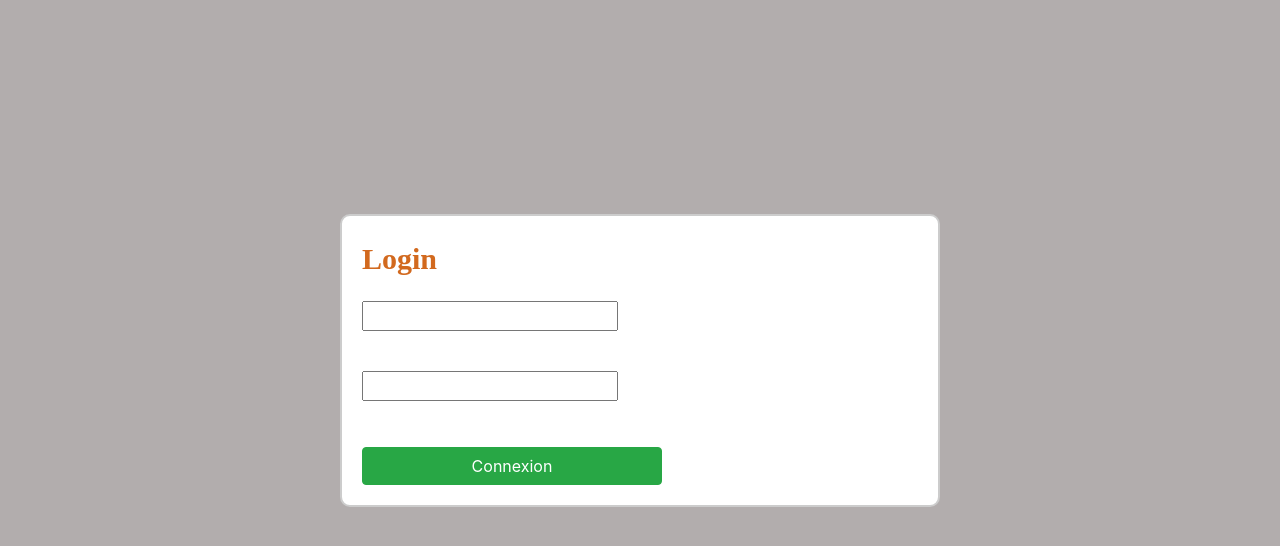
Repository: DiaryRz/FrontWeb
Page: /
These files come from the project's save history. The page is drawn as it stood at one moment and after the next save; the edit follows.
The browser window is 1280 px wide. The pictures show the whole page.
The project was rebuilt for these pictures with package versions that can differ from the ones it lists, and the page was loaded fresh each time. Also part of the build but not shown: src/component/css/Header.css, src/component/Header.jsx, src/page/css/AppAffichage.css, src/component/css/NavBar.css, src/component/NavBar.jsx, src/component/InsertModel.jsx, src/page/AppAffichage.jsx, src/component/InsertCarburant.jsx and 25 more.

Above is the page before, as saved 2024-01-28 20:58:48.

After the next save:
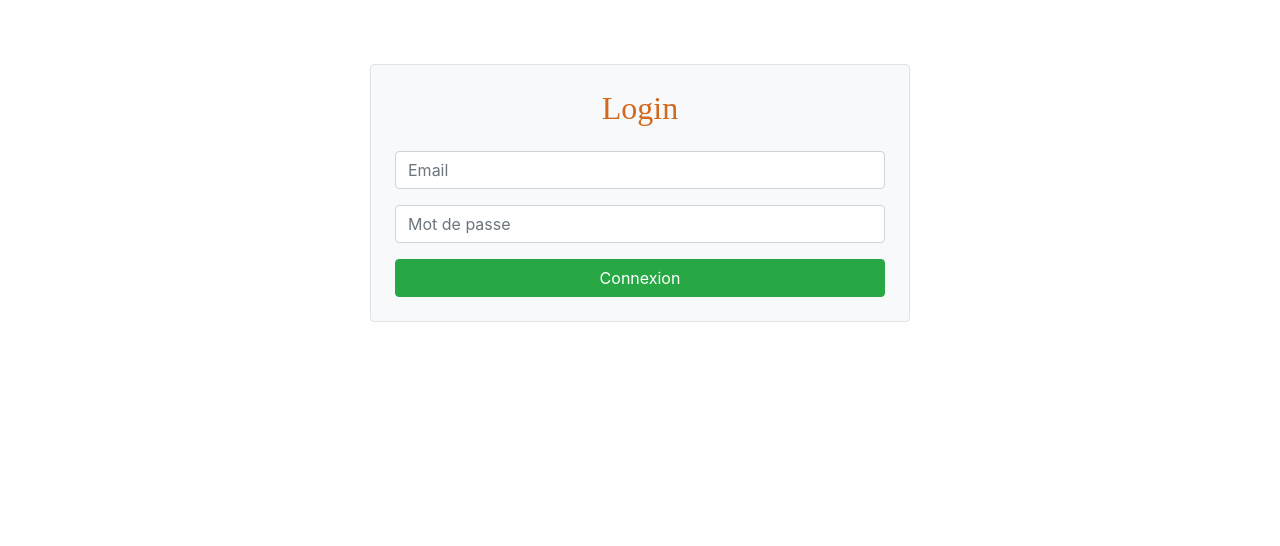
Saved 93 s later.
--- a/src/component/Login.js
+++ b/src/component/Login.js
@@ -55,22 +55,24 @@
 
     return (
         <form onSubmit={Inserer}>
-           <div style={loginContainer}>
-                    <form style={loginForm}>
-                        <div style={{ fontSize: '30px',fontFamily:'serif', marginBottom: '20px' ,color:'chocolate'}}><b>Login</b></div>
+        <div className="container">
+            <div className="row justify-content-center">
+                <div className="col-md-6">
+                    <form className="border rounded p-4" style={{ backgroundColor: '#f8f9fa' }}>
+                        <h2 className="text-center mb-4" style={{ color: 'chocolate', fontFamily: 'serif' }}>Login</h2>
                         <div className="mb-3">
-                        <input type="email" value={nomUtilisateur} onChange={(e) => setnomUtilisateur(e.target.value)} />
+                            <input type="email" className="form-control" placeholder="Email" value={nomUtilisateur} onChange={(e) => setnomUtilisateur(e.target.value)} />
                         </div>
-                        <div className="mb-3" style={{marginTop:'40px'}}>
-                        <input type="password" value={mdp} onChange={(e) => setmdp(e.target.value)} />
+                        <div className="mb-3">
+                            <input type="password" className="form-control" placeholder="Mot de passe" value={mdp} onChange={(e) => setmdp(e.target.value)} />
                         </div>
-                        <button type="submit" className="btn btn-success" style={{width:'300px',marginTop:'30px'}}>
-                            Connexion
-                        </button>
+                        <button type="submit" className="btn btn-success btn-block">Connexion</button>
                     </form>
+                </div>
+            </div>
+        </div>
+    </form>
 
-                </div>
-        </form>
     );
 };
 

After the save that followed:
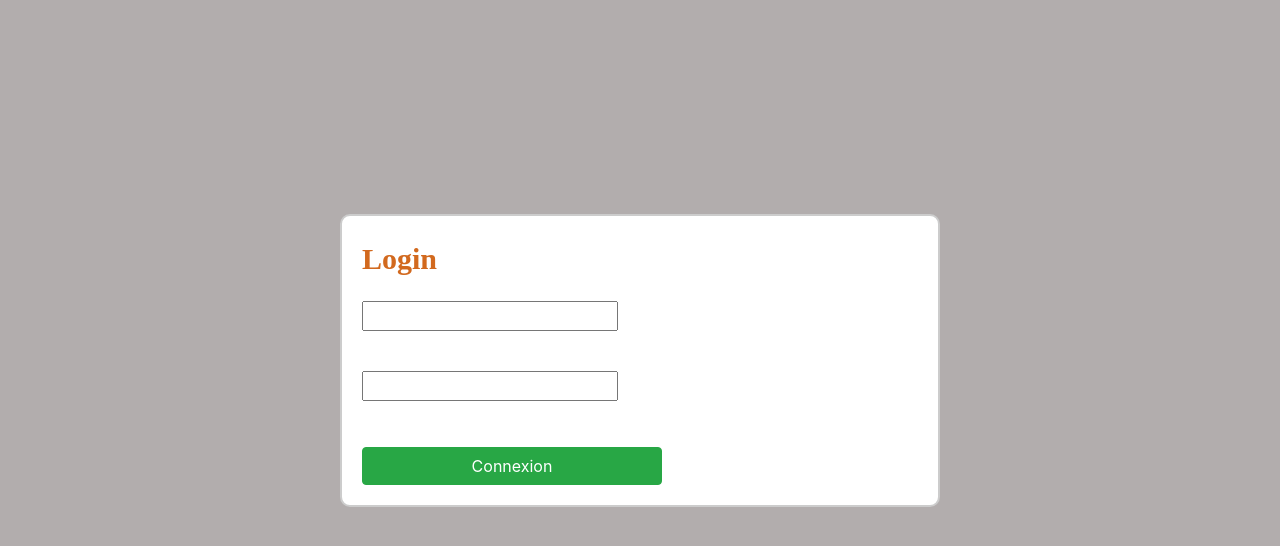
Saved 39 s later.
--- a/src/component/Login.js
+++ b/src/component/Login.js
@@ -55,24 +55,22 @@
 
     return (
         <form onSubmit={Inserer}>
-        <div className="container">
-            <div className="row justify-content-center">
-                <div className="col-md-6">
-                    <form className="border rounded p-4" style={{ backgroundColor: '#f8f9fa' }}>
-                        <h2 className="text-center mb-4" style={{ color: 'chocolate', fontFamily: 'serif' }}>Login</h2>
+           <div style={loginContainer}>
+                    <form style={loginForm}>
+                        <div style={{ fontSize: '30px',fontFamily:'serif', marginBottom: '20px' ,color:'chocolate'}}><b>Login</b></div>
                         <div className="mb-3">
-                            <input type="email" className="form-control" placeholder="Email" value={nomUtilisateur} onChange={(e) => setnomUtilisateur(e.target.value)} />
+                        <input type="email" value={nomUtilisateur} onChange={(e) => setnomUtilisateur(e.target.value)} />
                         </div>
-                        <div className="mb-3">
-                            <input type="password" className="form-control" placeholder="Mot de passe" value={mdp} onChange={(e) => setmdp(e.target.value)} />
+                        <div className="mb-3" style={{marginTop:'40px'}}>
+                        <input type="password" value={mdp} onChange={(e) => setmdp(e.target.value)} />
                         </div>
-                        <button type="submit" className="btn btn-success btn-block">Connexion</button>
+                        <button type="submit" className="btn btn-success" style={{width:'300px',marginTop:'30px'}}>
+                            Connexion
+                        </button>
                     </form>
+
                 </div>
-            </div>
-        </div>
-    </form>
-
+        </form>
     );
 };
 
